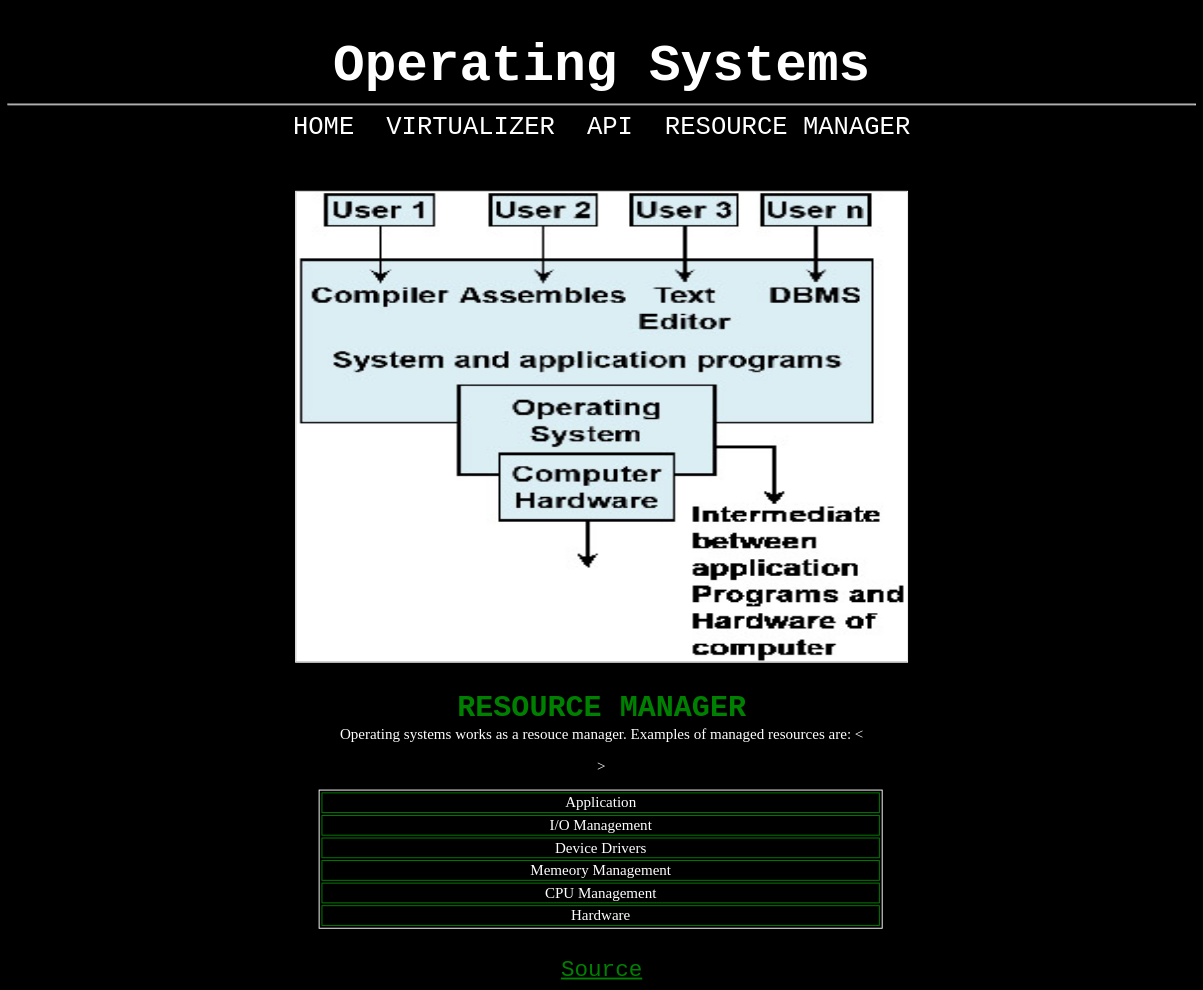
Repository: ctm93/website2
Page: http://localhost/page4.php
The author's editor kept a record of every edit. The page is drawn from the files as they stood at one moment, then again after the next edit.
The browser window is 1280 px wide. The pictures show the whole page, at 94% of full size.
Some web fonts or font styles are not loaded; a fallback is used. The page is run by PHP 8.4 with error messages shown; the project is at /var/www/html/.

Above is the page before.

### page4.php

<!DOCTYPE html>
<html>
    <head>
        <meta charset="utf-8">
        <title>Operating Systems</title>
        <link  href="css/style.css" rel="stylesheet">
        <link href="https://fonts.googleapis.com/css?family=Pacific" rel="stylesheet">
    </head>
    <body>
        <header>
           <h1> Operating Systems </h1>
        </header><hr />
        <nav>
            <a href="page1.html">HOME</a>
            <a href="page2.html">VIRTUALIZER</a>
            <a href="page3.html">API</a>
            <a href="page4.html">RESOURCE MANAGER</a>
        </nav>
         <br /><br />



         <main>
            <div>


            <figure>
                <img id="page1pic" src="img/rs.jpg" alt="Picture of resource" width="100" height="500">
            </figure>


                <h2>RESOURCE MANAGER</h2>

                <p2>Operating systems works as a resouce manager. Examples of managed resources are:</p2>

                <<p class ="p3">>
                <table>
                      <tr><td>Application</td></tr>
                      <tr><td>I/O Management</td></tr>
                      <tr><td>Device Drivers</td></tr>
                      <tr><td>Memeory Management</td></tr>
                      <tr><td>CPU Management</td></tr>
                      <tr><td>Hardware</td></tr>
                </table>
                </p3>





            </div>
        </main>




        <footer>

            <a href="http://cdn.wagmob.com/subject/G126/html/operating00system00overview_1.html">Source</a>

        </footer>
    </body>

     </html>

### css/style.css

    body {
        background-color: black;
        color: white;
        text-align: left;
    }

    header, main, nav, footer {
        text-align: center;
    }

    nav a {
        padding:15px;
        padding-bottom:4px;
        font-size: 1.7em;
        color: white;
        text-decoration: none;
    }

    nav a:hover {  /*pseudo class*/

         color: green;
         transition: .9s;
    }

    main {
        display: flex;
        justify-content: center;
    }

    div {
          text-align: center;
        }

    p {
      text-indent: 50px;
      text-align: center;
      letter-spacing: 1px;
    }

    .p1 {
      text-indent: 110px;
      text-align: center;
      letter-spacing: 1px;
    }

        .p2 {
      text-indent: 110px;
      text-align: center;
      letter-spacing: 1px;
    }


    ul {
        width:500px;
        margin: 0 auto;
        text-align: left;
        }

    .hobby {
        color: green;
        }

    h1{
        font-family: "Courier New", Courier, monospace;
        font-size: 3.5em;
        margin-bottom: 0px;
        }

    h2{
        font-family: "Courier New", Courier, monospace;
        font-size: 2em;
        margin-bottom: 0px;
        color: green;
        }

    h3{
        font-family: "Courier New", Courier, monospace;
        font-size: 1.5em;
        margin-bottom: 45px;
    }

    table {
          table-layout: fixed;
          width: 600px;
          border: 1px solid white;
          margin-left: 65px;

        }

    td {
          border: 1px solid green;
          overflow: hidden;
          white-space: nowrap;
          text-overflow: ellipsis;
        }

    img {
           width:650px;
           border:1px solid white;
        }

    a{
        padding:15px;
        padding-bottom:4px;
        font-size: 1.5em;
        color: green;
        font-family: "Courier New", Courier, monospace;
        text-decoration: underline;
    }

    a:hover {  /*pseudo class*/

         color: white;
         transition: .9s;
    }

    footer{
        margin-top: 30px;
        text-align: center;
    }

      .p3 {
      text-indent: 0px;
      text-align: center;
      letter-spacing: 1px;
    }

After the next edit:
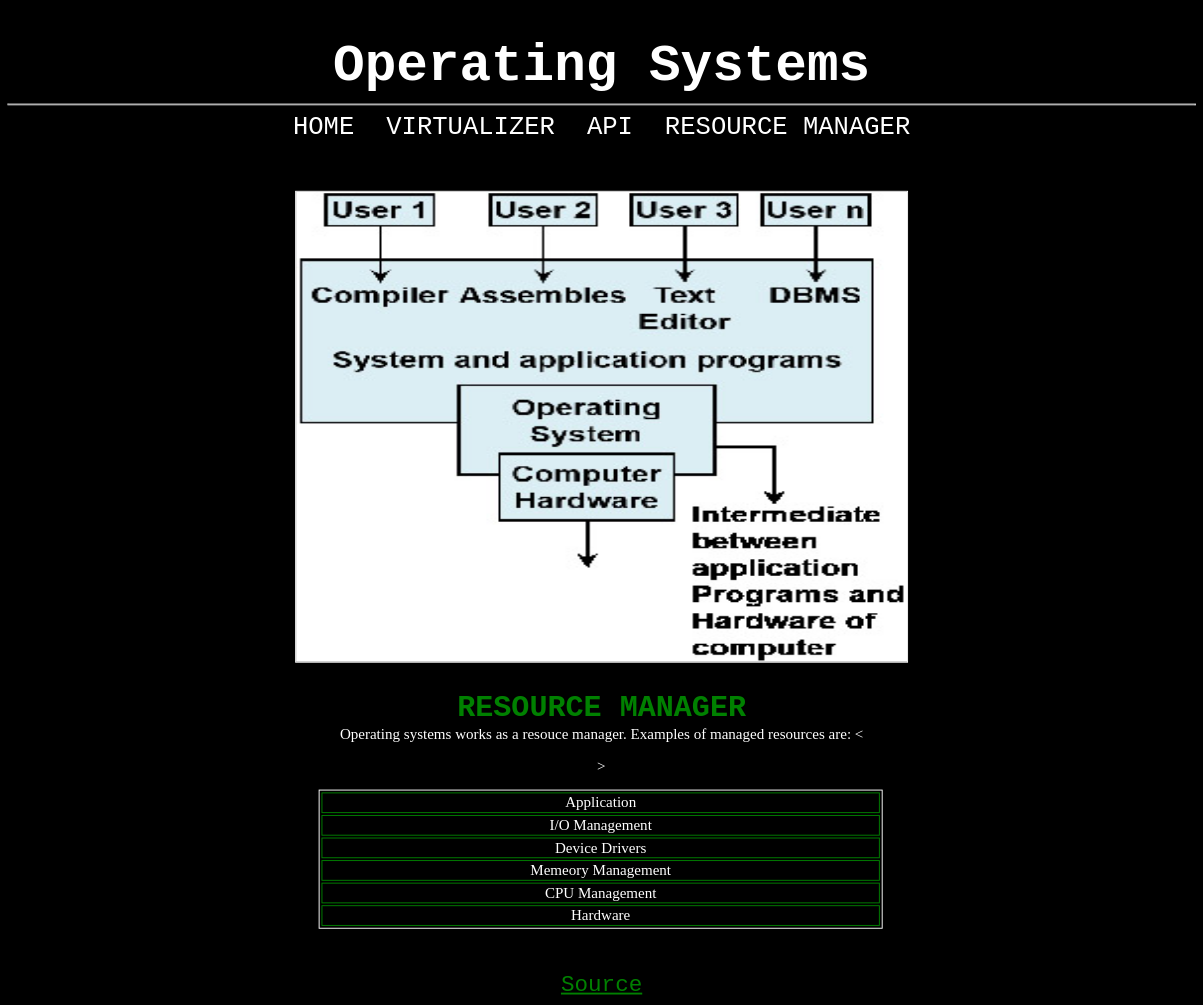
The edit:
--- a/page4.php
+++ b/page4.php
@@ -43,7 +43,7 @@
                       <tr><td>CPU Management</td></tr>
                       <tr><td>Hardware</td></tr>
                 </table>
-                </p3>
+                </p>
 
 
 
